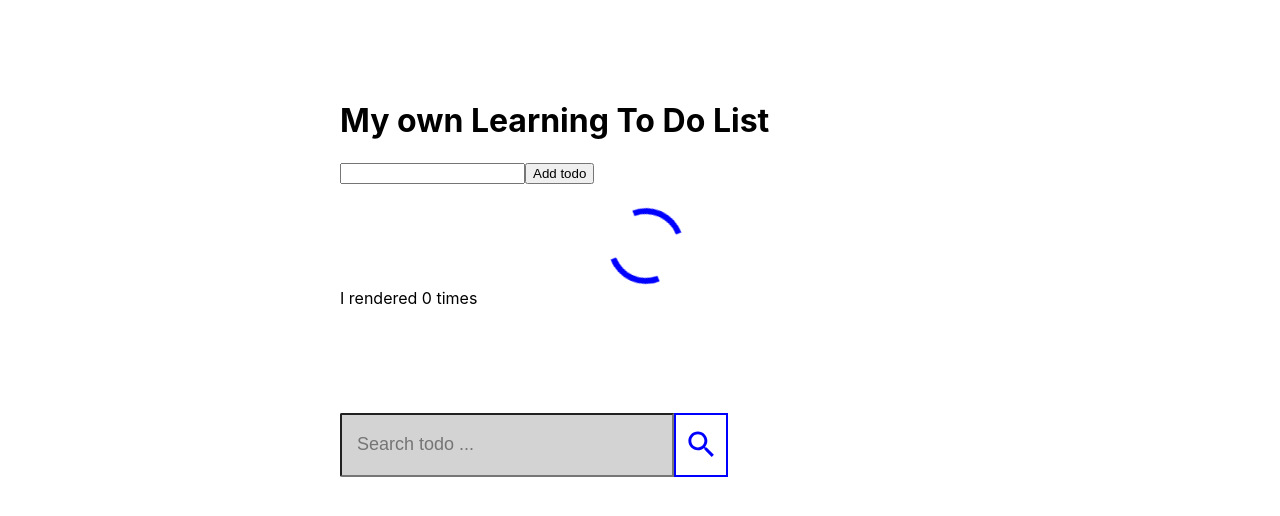
Repository: ArusyakAghajanyan/To-Do
Page: /
The author's editor kept a copy of each file at every save. The page is drawn from the files as they stood at one save, then again after the next save.
The browser window is 1280 px wide. The pictures show the whole page.
The page's requests for data from a server got no answer. The project was rebuilt for these pictures with package versions that can differ from the ones it lists, and the page was loaded fresh each time. No one was signed in, and anything a server would have sent is missing. Also part of the build but not shown: src/Todo/TodoItem.js, src/Todo/TodoList.js.

Above is the page before, as saved 2022-03-11 02:13:10.

After the next save:
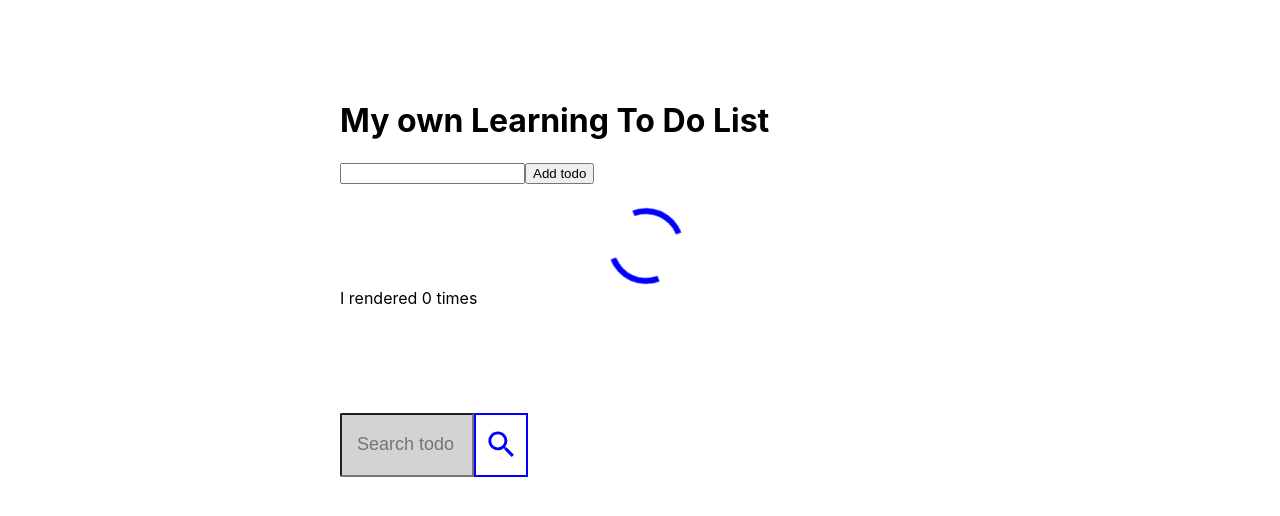
Saved 60 s later.
--- a/src/Search/SearchBar.css
+++ b/src/Search/SearchBar.css
@@ -12,7 +12,7 @@
     font-size: 18px;
     padding: 15px;
     height: 30px;
-    width: 300px;
+    width: 100px;
   }
 
   .searchIcon {
